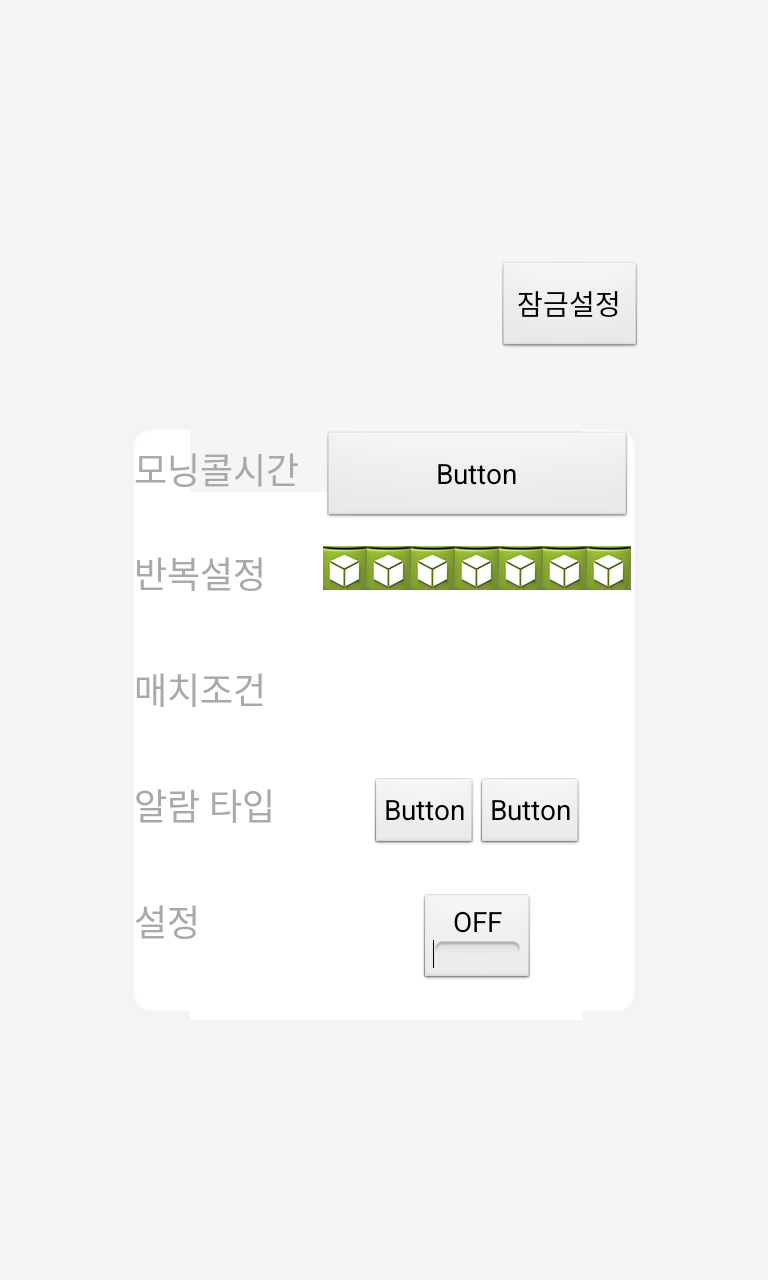
Repository: blacky512/smart_morning_call
Layout: client/SmartMorningCall/res/layout/randomcall_frag.xml
An editor plug-in stored every save of this project. The layout is shown before and after the next save, followed by the edit.
It is drawn on a 768 x 1280 px phone screen (xhdpi) without system bars, with theme android:Theme.NoTitleBar; the app's code is not run.

Above is the layout before, as saved 2013-02-18 19:22:40.

After the next save:
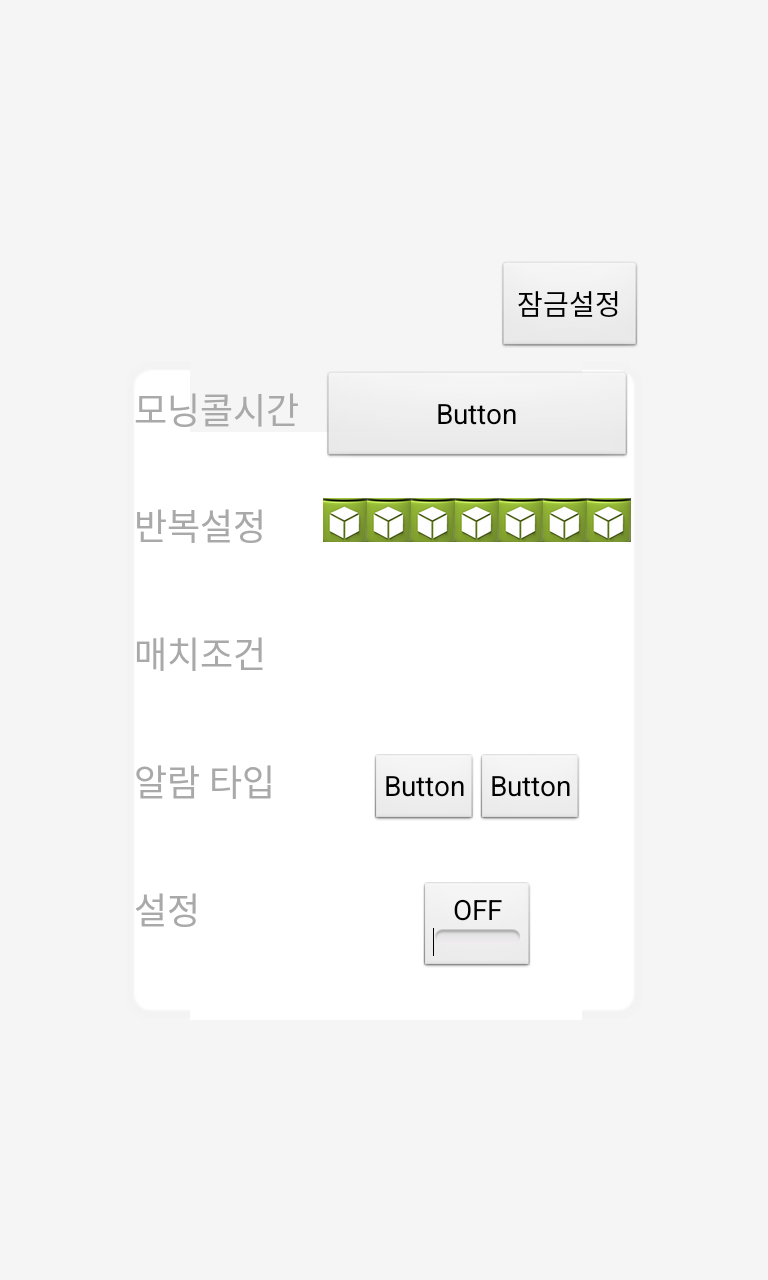
Saved 29 s later.
--- a/client/SmartMorningCall/res/layout/randomcall_frag.xml
+++ b/client/SmartMorningCall/res/layout/randomcall_frag.xml
@@ -15,7 +15,7 @@
         <RelativeLayout
             android:id="@+id/RelativeLayout1"
             android:layout_width="260dp"
-            android:layout_height="80dp" >
+            android:layout_height="50dp" >
 
             <Button
                 android:id="@+id/button1"
@@ -30,7 +30,7 @@
         <FrameLayout
             android:id="@+id/rcall_1"
             android:layout_width="260dp"
-            android:layout_height="300dp"
+            android:layout_height="330dp"
             android:background="@drawable/te"
             android:padding="5dp">
 
